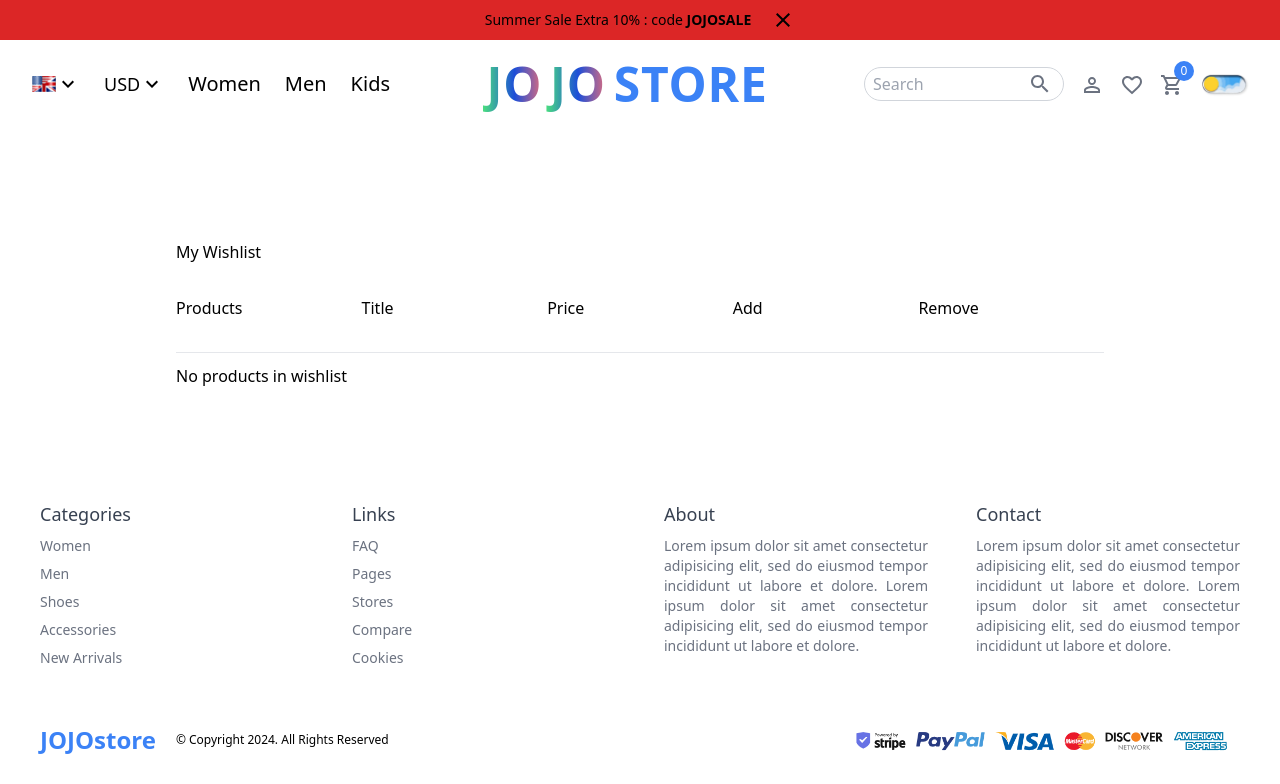
Repository: AiTrinh303/JOJO-STORE
Page: /wishlists
An editor plug-in stored every save of this project. The page is shown before and after the next save, followed by the edit.
The browser window is 1280 px wide. The pictures show the whole page.
The project was rebuilt for these pictures with package versions that can differ from the ones it lists, and the page was loaded fresh each time. Also part of the build but not shown: vite.config.js, src/components/Cart.jsx, src/components/Form.jsx, src/components/Slider/Slide1.jsx, src/components/Slider/Slide2.jsx, src/components/Slider/Slide3.jsx, src/components/Slider/Slider.scss, src/components/Slider/Slider.jsx and 23 more.

Above is the page before, as saved 2024-06-14 09:50:31.

### index.html
<!doctype html>
<html lang="en">
  <head>
    <meta charset="UTF-8" />
    <link rel="icon" type="image/svg+xml" href="/vite.svg" />
    <meta name="viewport" content="width=device-width, initial-scale=1.0" />
    <title>JOJO-STORE</title>
  </head>
  <body>
    <div id="root"></div>
    <script type="module" src="/src/main.jsx"></script>
  </body>
</html>

### src/main.jsx
import React from 'react'
import ReactDOM from 'react-dom/client'
import App from './App'
import './index.css'



ReactDOM.createRoot(document.getElementById('root')).render(
  <React.StrictMode>
      <App />
  </React.StrictMode>,
)

### src/App.jsx
import { useEffect } from "react";
import { createBrowserRouter, RouterProvider, Outlet } from "react-router-dom";

// Context
import ShopContextProvider from "./Context/ShopContext";
import {AuthProvider} from "./Context/AuthContext";

// Pages
import Footer from "./components/Footer";
import Header from "./components/Header/Header";
import Home from "./pages/Home";
import ShopCategory from "./pages/ShopCategory";
import Product from "./pages/Product";
import Wishlists from "./pages/Wishlists";
import Login from "./pages/Login";
import Register from "./pages/Register";
import Profile from "./pages/Profile";
import CartPage from "./pages/CartPage/CartPage";
import FilteredProductList from "./pages/FilteredProductList";
import BackToTopButton from "./components/BackToTopButton";
import SpinWheelGame from "./components/SpinWheelGame";

// Styles
import AOS from 'aos';
import 'aos/dist/aos.css';
import women_banner from './assets/banner_women.png';
import men_banner from './assets/banner_men.png';
import kids_banner from './assets/banner_kids.png';


//LAYOUT
const Layout = () => {
  return (
    <div className="app">
      <Header />
      <Outlet />
      <Footer />
      <BackToTopButton />
    </div>
  );
};

//ROUTER
const router = createBrowserRouter([
  {
    path: "/",
    element: <Layout />,
    children: [
      { path: "/", element: <Home /> },
      { path: "/women", element: <ShopCategory banner={women_banner} category="women" /> },
      { path: "/men", element: <ShopCategory banner={men_banner} category="men" /> },
      { path: "/kids", element: <ShopCategory banner={kids_banner} category="kids" /> },
      { path: "/product/:productId", element: <Product /> },
      { path: "/filtered-products", element: <FilteredProductList /> },
      { path: "/cartpage", element: <CartPage /> },
      { path: "/wishlists", element: <Wishlists /> },
      { path: "/login", element: <Login /> },
      { path: "/register", element: <Register />},
      { path: "/profile", element: <Profile />},
    ],
  },
  { path: "/spinwheelgame", element: <SpinWheelGame/>},
]);

function App() {
  useEffect(() => {
    AOS.init({
      offset: 200,
      duration: 1000,
      delay: 150,
    });
    AOS.refresh();
  }, []);

  return (

      <ShopContextProvider>
          <AuthProvider>
             <RouterProvider router={router} />
          </AuthProvider>
      </ShopContextProvider>
  );

}

export default App;

### src/index.css
@tailwind base;
@tailwind components;
@tailwind utilities;


.dark {
    background-color: black;
    color: #ffffff;

  }

.light {
    background-color: #ffffff;
    color: #000000;
  }

### src/Context/ShopContext.jsx
import { createContext, useReducer } from "react";
import all_product from '../assets/all_product';
import { shopReducer, initialState } from "./Reducer/shopReducer";

export const ShopContext = createContext(null);


const ShopContextProvider = (props) => {
    const [state, dispatch] = useReducer(shopReducer, initialState);

    const addToCart = (itemId, quantity = 1) => {
        dispatch({ type: "ADD_TO_CART", payload: { itemId, quantity } });
    };

    const removeFromCart = (itemId) => {
        dispatch({ type: "REMOVE_FROM_CART", payload: { itemId } });
    };

    const resetCart = () => {
        dispatch({ type: "RESET_CART" });
    };

    const addToWishlist = (itemId) => {
        dispatch({ type: "ADD_TO_WISHLIST", payload: { itemId } });
    };

    const removeFromWishlist = (itemId) => {
        dispatch({ type: "REMOVE_FROM_WISHLIST", payload: itemId });
    };

    const getTotalCartAmount = () => {
        let totalAmount = 0;
        for (const item in state.cartItems) {
            if (state.cartItems[item] > 0) {
                let itemInfo = all_product.find((product) => product.id === Number(item));
                if (itemInfo) {
                    totalAmount += itemInfo.new_price * state.cartItems[item];
                }
            }
        }
        return totalAmount;
    };

    const getTotalCartItems = () => {
        let totalItems = 0;
        for (const item in state.cartItems) {
            if (state.cartItems[item] > 0) {
                totalItems += state.cartItems[item];
            }
        }
        return totalItems;
    };

    const contextValue = {
        all_product,
        cartItems: state.cartItems,
        wishlist: state.wishlist,
        addToCart,
        removeFromCart,
        resetCart,
        getTotalCartAmount,
        getTotalCartItems,
        addToWishlist,
        removeFromWishlist
    };

    return (
        <ShopContext.Provider value={contextValue}>
            {props.children}
        </ShopContext.Provider>
    );
};

export default ShopContextProvider;

### src/Context/AuthContext.jsx
// //Create Authentication Logic - The AuthProvider component will be updated with login and logout functions. This function will be passed down through the AuthContext.Provider and it will be accessible globally.

// import { useContext, createContext, useState } from "react";
// import { useNavigate } from "react-router-dom";

// const AuthContext = createContext();

// const AuthProvider = ({ children }) => {
//   const [user, setUser] = useState(null);
//   const [token, setToken] = useState(localStorage.getItem("site") || "");
//   const navigate = useNavigate();
//   const loginAction = async (data) => {
//     try {
//       const response = await fetch("your-api-endpoint/auth/login", {
//         method: "POST",
//         headers: {
//           "Content-Type": "application/json",
//         },
//         body: JSON.stringify(data),
//       });
//       const res = await response.json();
//       if (res.data) {
//         setUser(res.data.user);
//         setToken(res.token);
//         localStorage.setItem("site", res.token);
//         navigate("/dashboard");
//         return;
//       }
//       throw new Error(res.message);
//     } catch (err) {
//       console.error(err);
//     }
//   };

//   const logOut = () => {
//     setUser(null);
//     setToken("");
//     localStorage.removeItem("site");
//     navigate("/login");
//   };

//   return (
//     <AuthContext.Provider value={{ token, user, loginAction, logOut }}>
//       {children}
//     </AuthContext.Provider>
//   );

// };

// export default AuthProvider;

// export const useAuth = () => {
//   return useContext(AuthContext);
// };


import { createContext, useState } from "react";

export const AuthContext = createContext();

export const AuthProvider = ({ children }) => {
  const [user, setUser] = useState(null);

  const login = (userData) => {
    setUser(userData);
  };

  const logout = () => {
    setUser(null);
  };

  return (
    <AuthContext.Provider value={{ user, setUser, login, logout }}>
      {children}
    </AuthContext.Provider>
  );
};

### src/components/Footer.jsx
import React from "react";

const Footer = () => {
  return (
    <div className="footer mx-10 my-5">
      <div className="top flex gap-12">
        <div className="item flex-1 flex flex-col gap-2 text-justify text-sm">
          <h1 className="text-lg font-medium text-gray-700">Categories</h1>
          <span className="text-gray-500">Women</span>
          <span className="text-gray-500">Men</span>
          <span className="text-gray-500">Shoes</span>
          <span className="text-gray-500">Accessories</span>
          <span className="text-gray-500">New Arrivals</span>
        </div>
        <div className="item flex-1 flex flex-col gap-2 text-justify text-sm">
          <h1 className="text-lg font-medium text-gray-700">Links</h1>
          <span className="text-gray-500">FAQ</span>
          <span className="text-gray-500">Pages</span>
          <span className="text-gray-500">Stores</span>
          <span className="text-gray-500">Compare</span>
          <span className="text-gray-500">Cookies</span>
        </div>
        <div className="item flex-1 flex flex-col gap-2 text-justify text-sm">
          <h1 className="text-lg font-medium text-gray-700">About</h1>
          <span className="text-gray-500">
            Lorem ipsum dolor sit amet consectetur adipisicing elit, sed do
            eiusmod tempor incididunt ut labore et dolore. Lorem ipsum dolor sit
            amet consectetur adipisicing elit, sed do eiusmod tempor incididunt
            ut labore et dolore.
          </span>
        </div>
        <div className="item flex-1 flex flex-col gap-2 text-justify text-sm">
          <h1 className="text-lg font-medium text-gray-700">Contact</h1>
          <span className="text-gray-500">
            Lorem ipsum dolor sit amet consectetur adipisicing elit, sed do
            eiusmod tempor incididunt ut labore et dolore. Lorem ipsum dolor sit
            amet consectetur adipisicing elit, sed do eiusmod tempor incididunt
            ut labore et dolore.
          </span>
        </div>
      </div>
      <div className="bottom flex items-center justify-between mt-12">
        <div className="left flex items-center">
          <span className="logo text-blue-500 font-bold text-2xl">JOJOstore</span>
          <span className="copyright ml-5 text-xs text-black-500">
            © Copyright 2024. All Rights Reserved
          </span>
        </div>
        <div className="right">
          <img src="src/assets/payment.png" alt="payment" className="h-12" />
        </div>
      </div>
    </div>
  );
};

export default Footer;

### src/components/Header/Header.jsx

import NavbarExtra from './NavbarExtra'
import Navbar from './Navbar'

const Header = () => {
  return (
    <div>
      <NavbarExtra />
      <Navbar />
    </div>
  )
}

export default Header

### src/pages/Wishlists.jsx
// Wishlist.jsx
import { useContext } from "react";
import { ShopContext } from "../Context/ShopContext";
import ClearIcon from '@mui/icons-material/Clear';

const Wishlists = () => {
  const { wishlist, removeFromWishlist, addToCart } = useContext(ShopContext);

  return (
    <div className="mx-44 my-28">
      <h1>My Wishlist</h1>
      <div className="flex justify-start my-8 font-medium">
                <p className="flex-1">Products</p>
                <p className="flex-1">Title</p>
                <p className="flex-1">Price</p>
                <p className="flex-1">Add</p>
                <p className="flex-1">Remove</p>
      </div>

      <hr className="h-1"/>

      {wishlist.length === 0 ? (
        <p className="my-2">No products in wishlist</p>
      ) : (
        console.log(wishlist),
        wishlist.map((product) => (
          <div className="flex flex justify-start" key={product.id}>

              <div className="flex justify-start text-lg gap-5">
                <img className="h-16 mr-64 object-cover w-16 overflow-hidden" src={product.image} alt={product.title}/>
                <p className="mr-64">{product.title}</p>
                <p>${product.new_price.toFixed(2)}</p>
                <div className='flex-1' onClick={() => removeFromWishlist(product.id)}>
                    <ClearIcon />
                </div>
                <div className="flex-1" onClick = {()=> addToCart(product.id)}>Add</div>
              </div>

          </div>
        ))
      )}
    </div>
  );
};

export default Wishlists;

### src/Context/Reducer/shopReducer.jsx

// import all_product from "../../assets/all_product";

// const getDefaultValue = () => {
//     let cart = {};
//     for (let index = 0; index < all_product.length; index++) {
//         cart[index] = 0;
//     }
//     return cart;
// };

// export const initialState = {
//     cartItems: getDefaultValue(),
//     wishlist: []
// };

// export const shopReducer = (state, action) => {
//     switch (action.type) {
//         case "ADD_TO_CART":
//             return {
//                 ...state,
//                 cartItems: {
//                     ...state.cartItems,
//                     [action.payload.itemId]: (state.cartItems[action.payload.itemId] || 0) + action.payload.quantity
//                 }
//             };
//         case "REMOVE_FROM_CART":
//             return {
//                 ...state,
//                 cartItems: {
//                     ...state.cartItems,
//                     [action.payload.itemId]: state.cartItems[action.payload.itemId] - 1
//                 }
//             };
//         case "RESET_CART":
//             return {
//                 ...state,
//                 cartItems: getDefaultValue()
//             };
//         case "ADD_TO_WIS                    [action.payload.itemId]: (state.cartItems[action.payload.itemId] || 0) + action.payload.quantity
//                 }
//             };
//         case "REMOVE_FROM_CART":
//             return {
//                 ...state,
//                 cartItems: {
//                     ...state.cartItems,
//                     [action.payload.itemId]: state.cartItems[action.payload.itemId] - 1
//                 }
//             };
//         case "RESET_CART":
//             return {
//                 ...state,
//                 cartItems: getDefaultValue()
//             };
//         case "ADD_TO_WISHLIST":
//             return {
//                 ...state,
//                 wishlist: [...state.wishlist, action.payload.itemId]
//             };
//         case "REMOVE_FROM_WISHLIST":
//             const newWishlist = [...state.wishlist];
//             newWishlist.splice(newWishlist.indexOf(action.payload.itemId), 1)}
//             return {
//                 ...state,
//                 wishlist: newWishlist};

//         default:
//             return state;
//     }
// };

// const saleCode = [{sale: 'SUMMER', discount: 0.1}, {sale: 'WINTER', discount: 0.2}, {sale: 'SPRING', discount: 0.15}];
import all_product from "../../assets/all_product";

const getDefaultValue = () => {
    let cart = {};
    for (let index = 0; index < all_product.length; index++) {
        cart[index] = 0;
    }
    return cart;
};

export const initialState = {
    cartItems: getDefaultValue(),
    wishlist: []
};

export const shopReducer = (state, action) => {
    switch (action.type) {
        case "ADD_TO_CART":
            return {
                ...state,
                cartItems: {
                    ...state.cartItems,
                    [action.payload.itemId]: (state.cartItems[action.payload.itemId] || 0) + action.payload.quantity
                }
            };
        case "REMOVE_FROM_CART":
            return {
                ...state,
                cartItems: {
                    ...state.cartItems,
                    [action.payload.itemId]: Math.max(0, state.cartItems[action.payload.itemId] - 1)
                }
            };
        case "RESET_CART":
            return {
                ...state,
                cartItems: getDefaultValue()
            };
        case "ADD_TO_WISHLIST":
            if (!state.wishlist.includes(action.payload.itemId)) {
                return {
                    ...state,
                    wishlist: [...state.wishlist, action.payload.itemId]
                };
            }
            return state;
        case "REMOVE_FROM_WISHLIST":
                return {
                    ...state,
                    wishlist: state.wishlist.filter((item) => item.itemId !== action.payload.itemId)
                };

        default:
            return state;
    }
};

### src/components/Header/NavbarExtra.jsx
import CloseIcon from '@mui/icons-material/Close';
import LocalShippingIcon from '@mui/icons-material/LocalShipping';
import ContactMailIcon from '@mui/icons-material/ContactMail';
import SyncAltIcon from '@mui/icons-material/SyncAlt';
import { useState } from 'react';

const NavbarExtra = () => {
  const [showSale, setShowSale] = useState(true);

  return (
    <div data-aos="fade-down" className="navbar h-12">
      {showSale ? (
        <div className="wrapper py-2 px-4 md:px-10 flex items-center justify-center items-center gap-5 bg-red-600 text-black-600 text-xs md:text-sm">
          <div>
            <p>Summer Sale Extra 10% : code <strong>JOJOSALE</strong></p>
          </div>
          <div>
            <CloseIcon onClick={() => setShowSale(false)} className="text-black-700 hover:text-black-900"/>
          </div>
        </div>
      ) : (
        <div className="wrapper py-2 px-4 md:px-10 flex flex-col md:flex-row items-center justify-between bg-gray-200 text-gray-500 text-xs md:text-sm">
          <div className="my-1 md:my-0">
            <p><ContactMailIcon className='px-1'/>Help and Contact</p>
          </div>
          <div className="my-1 md:my-0">
            <p><LocalShippingIcon className='px-1'/>Free standard delivery over €50 & free return*</p>
          </div>
          <div className="my-1 md:my-0">
            <p><SyncAltIcon className='px-1'/>100-day return policy</p>
          </div>
        </div>
      )}
    </div>
  );
};

export default NavbarExtra;

### src/components/Header/DarkMode.jsx
import LightButton from "../../assets/light-mode-button.png";
import DarkButton from "../../assets/dark-mode-button.png";
import { useEffect, useState } from "react";

const DarkMode = () => {
  const [theme, setTheme] = useState(
    localStorage.getItem("theme") ? localStorage.getItem("theme") : "light"
  );

  const element = document.documentElement; // html element

 useEffect(() => {
    if (theme === "dark") {
      element.classList.add("dark");
      localStorage.setItem("theme", "dark");
    } else {
      element.classList.remove("dark");
      localStorage.setItem("theme", "light");
    }
  }, [theme]);

  return (
    <div className="relative">
      <img
        src={LightButton}
        alt=""
        onClick={() => setTheme(theme === "light" ? "dark" : "light")}
        className={`w-12 cursor-pointer drop-shadow-[1px_1px_1px_rgba(0,0,0,0.1)] transition-all duration-300 absolute right-0 z-10 ${
          theme === "dark" ? "opacity-0" : "opacity-100"
        } `}
      />
      <img
        src={DarkButton}
        alt=""
        onClick={() => setTheme(theme === "light" ? "dark" : "light")}
        className="w-12 cursor-pointer drop-shadow-[1px_1px_1px_rgba(0,0,0,0.1)] transition-all duration-300"
      />
    </div>
  );
};

export default DarkMode;

Loaded but not shown: tailwind.config.js (common file); src/assets/all_product.js (906 lines, source omitted); src/components/Header/Navbar.jsx (125 lines, source omitted)

After the next save:
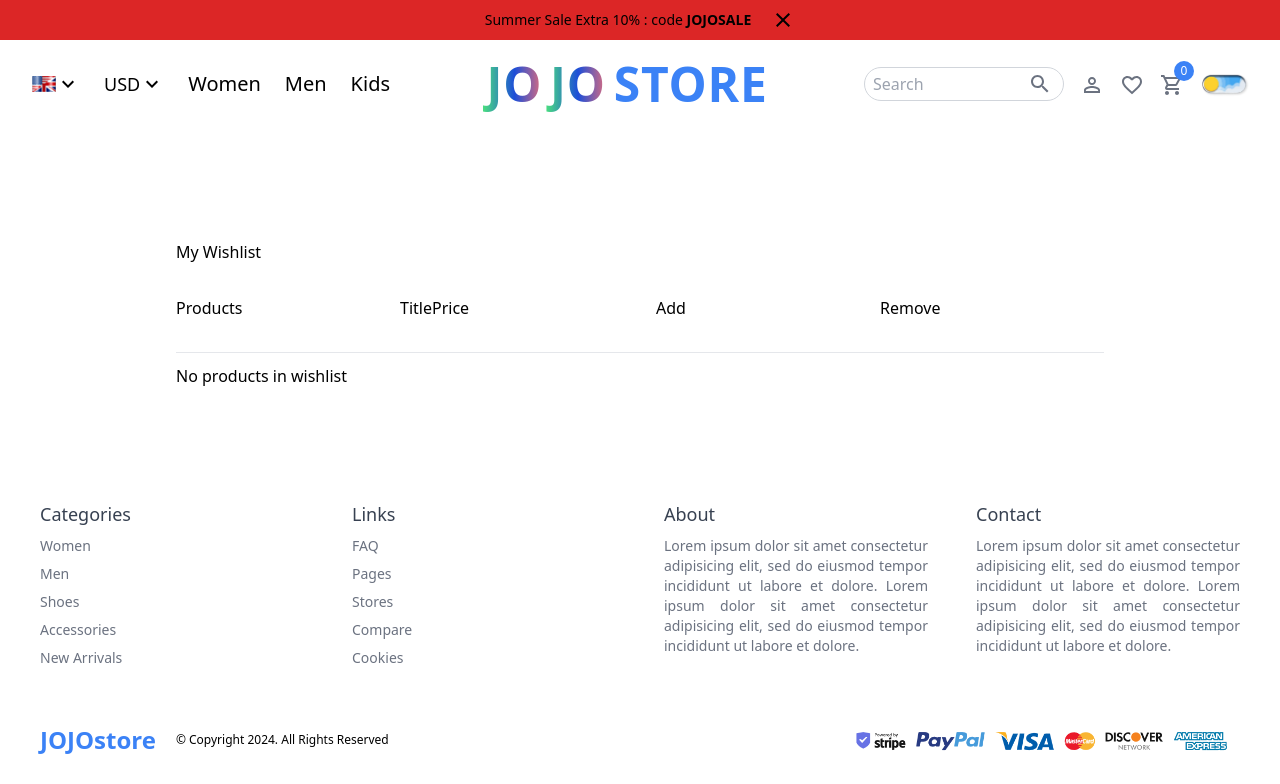
Saved 10 s later.
--- a/src/pages/Wishlists.jsx
+++ b/src/pages/Wishlists.jsx
@@ -11,7 +11,7 @@
       <h1>My Wishlist</h1>
       <div className="flex justify-start my-8 font-medium">
                 <p className="flex-1">Products</p>
-                <p className="flex-1">Title</p>
+                <p className="flex-2">Title</p>
                 <p className="flex-1">Price</p>
                 <p className="flex-1">Add</p>
                 <p className="flex-1">Remove</p>

After the save that followed:
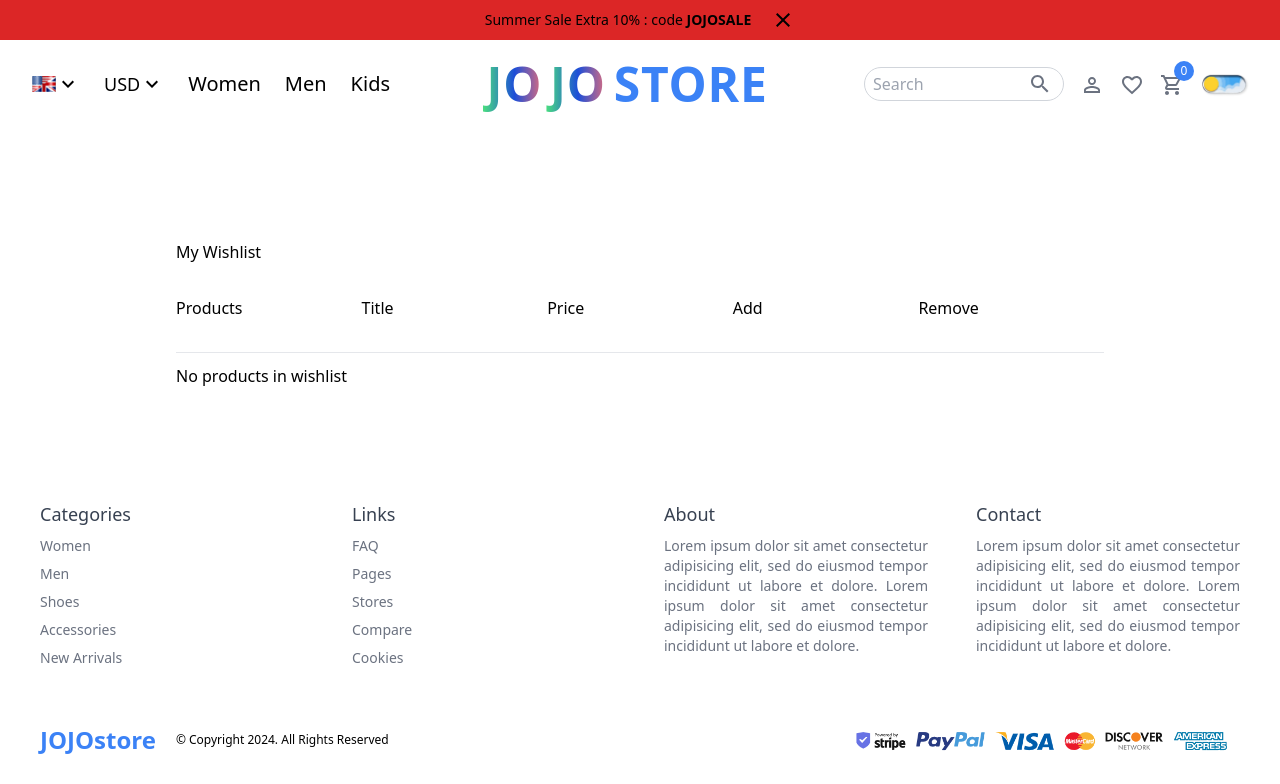
Saved 8 s later.
--- a/src/pages/Wishlists.jsx
+++ b/src/pages/Wishlists.jsx
@@ -11,7 +11,7 @@
       <h1>My Wishlist</h1>
       <div className="flex justify-start my-8 font-medium">
                 <p className="flex-1">Products</p>
-                <p className="flex-2">Title</p>
+                <p className="flex-1">Title</p>
                 <p className="flex-1">Price</p>
                 <p className="flex-1">Add</p>
                 <p className="flex-1">Remove</p>
